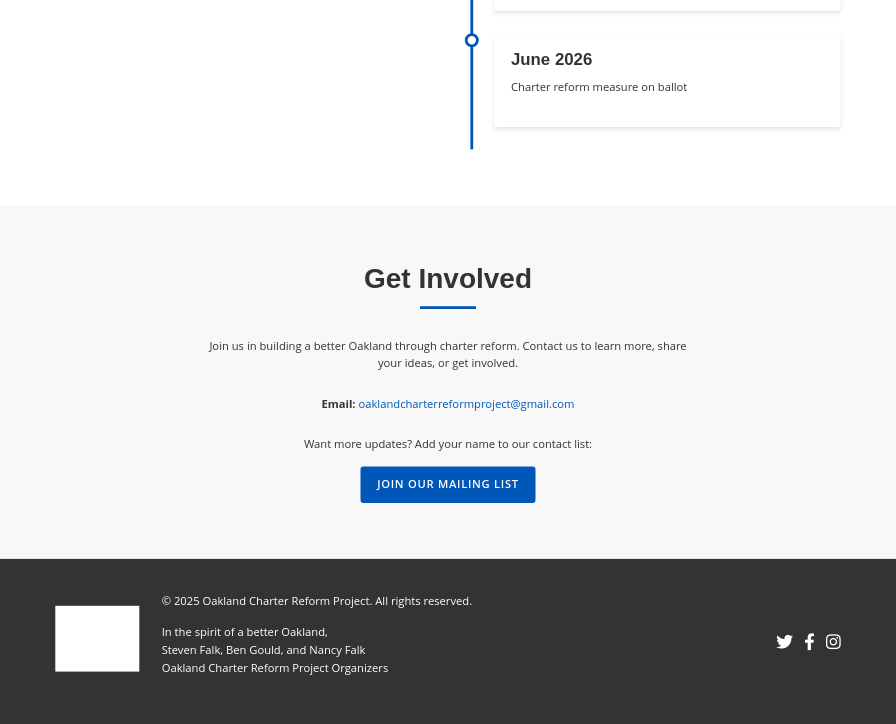
Repository: bgould132/oaklandcharterreform
Page: index.html
The author's editor kept a copy of each file at every save. The page is drawn from the files as they stood at one save, then again after the next save.
The browser window is 1280 px wide. The pictures show the part of the page from y = 2959 to 4879 px (the page is 3993 px tall before and 4879 px after), at 70% of full size.

Above is the page before, as saved 2025-04-07 09:56:39.

### index.html
<!DOCTYPE html>
<html lang="en">
<head>
    <meta charset="UTF-8">
    <meta name="viewport" content="width=device-width, initial-scale=1.0">
    <meta name="description" content="Oakland Charter Reform Project - Building a more effective government for Oakland">
    <title>Oakland Charter Reform Project</title>
    <link rel="stylesheet" href="css/styles.css">
    <!-- Font Awesome for icons -->
    <link rel="stylesheet" href="https://cdnjs.cloudflare.com/ajax/libs/font-awesome/6.4.2/css/all.min.css">
</head>
<body>
    <header>
        <div class="container">
            <nav aria-label="Main navigation">
                <div class="logo">
                    <a href="index.html" aria-label="Oakland Charter Reform Project Home">
                        <img src="images/logo/OCRP logo design.jpg" alt="Oakland Charter Reform Project Logo">
                    </a>
                </div>
                <button class="mobile-menu-button" aria-label="Toggle menu" aria-expanded="false" aria-controls="main-menu">
                    <span class="hamburger-icon"></span>
                </button>
                <ul id="main-menu" class="nav-menu">
                    <li><a href="#why-charter-reform">Why Charter Reform</a></li>
                    <li><a href="#principles">Principles</a></li>
                    <li><a href="#our-approach">Our Approach</a></li>
                    <li><a href="#contact">Contact</a></li>
                </ul>
            </nav>
        </div>
    </header>

    <main>
        <!-- Hero Section -->
        <section class="hero" aria-labelledby="hero-heading">
            <div class="hero-image">
                <picture>
                    <!-- Smaller image for mobile -->
                    <source srcset="images/Downtown/IMG_7632.jpg" media="(max-width: 768px)">
                    <!-- Larger image for desktop -->
                    <img src="images/Downtown/IMG_7632.jpg" alt="Downtown Oakland skyline view">
                </picture>
                <div class="hero-content">
                    <h1 id="hero-heading">Oakland Charter Reform Project</h1>
                    <p class="tagline">Building a more effective government for Oakland</p>
                    <a href="#why-charter-reform" class="cta-button">Learn More</a>
                </div>
            </div>
        </section>

        <!-- Why Charter Reform Section -->
        <section id="why-charter-reform" class="section" aria-labelledby="why-heading">
            <div class="container">
                <h2 id="why-heading">Why Charter Reform?</h2>
                <div class="section-content">
                    <div class="text-content">
                        <p class="highlight-quote">"Oakland's government is designed to fail."</p>
                        <p>Every stakeholder we've met with – many with decades of experience working for or in partnership with the Oakland city government – told us that Oakland's flawed city charter is either partly or largely responsible for the City's dysfunction.</p>

                        <p>The recent recall of Mayor Sheng Thao represents a peak moment of dissatisfaction with Oakland's government. No other mayor in Oakland's 173-year history has ever been recalled from office. An astonishing 79% of Oakland residents feel the City is on the wrong track.</p>

                        <p>Oakland's "hybrid structure makes it difficult to establish accountability for the effective functioning of government since it leaves open the question of which branch of government is in charge." In other words - the buck stops nowhere.</p>
                    </div>
                    <div class="stat-boxes">
                        <div class="stat-box">
                            <span class="stat-number">79%</span>
                            <p>of Oaklanders think the city is on the wrong track</p>
                        </div>
                        <div class="stat-box">
                            <span class="stat-number">100+</span>
                            <p>stakeholders consulted about charter reform</p>
                        </div>
                    </div>
                </div>
            </div>
        </section>

        <!-- Principles Section -->
        <section id="principles" class="section alt-bg" aria-labelledby="principles-heading">
            <div class="container">
                <h2 id="principles-heading">Our Principles</h2>
                <div class="principles-grid">
                    <div class="principle-card">
                        <div class="principle-icon">
                            <i class="fas fa-balance-scale"></i>
                        </div>
                        <h3>Accountability</h3>
                        <p>Clear lines of responsibility so the buck stops somewhere definite, enabling residents to hold their government accountable.</p>
                    </div>
                    <div class="principle-card">
                        <div class="principle-icon">
                            <i class="fas fa-chart-line"></i>
                        </div>
                        <h3>Effectiveness</h3>
                        <p>A government structure that enables efficient delivery of services and implementation of policies to improve quality of life.</p>
                    </div>
                    <div class="principle-card">
                        <div class="principle-icon">
                            <i class="fas fa-user-friends"></i>
                        </div>
                        <h3>Representation</h3>
                        <p>Ensuring all Oakland residents have their voices heard and interests represented in city government.</p>
                    </div>
                    <div class="principle-card">
                        <div class="principle-icon">
                            <i class="fas fa-search"></i>
                        </div>
                        <h3>Transparency</h3>
                        <p>Open and accessible government processes that allow residents to understand how decisions are made.</p>
                    </div>
                </div>
            </div>
        </section>

        <!-- Our Approach Section -->
        <section id="our-approach" class="section" aria-labelledby="approach-heading">
            <div class="container">
                <h2 id="approach-heading">Our Approach</h2>
                <div class="approach-content">
                    <div class="approach-text">
                        <p>The Oakland Charter Reform Project has conducted extensive research and community engagement to inform our approach to charter reform:</p>

                        <ul class="approach-list">
                            <li>Three focus groups with diverse Oakland stakeholders</li>
                            <li>One-on-one interviews with community members, workers, business leaders, elected officials, and more</li>
                            <li>Special information session with Oakland NAACP leaders</li>
                            <li>Analysis of charter structures in comparable cities</li>
                        </ul>

                        <p>We are exploring options for placing a charter reform measure before voters in June 2026. Why June? Because settling matters about the City's organization in advance of the November 2026 mayoral election will allow candidates to run for a clearly defined role in the new system.</p>
                    </div>
                    <div class="timeline">
                        <div class="timeline-item">
                            <div class="timeline-marker"></div>
                            <div class="timeline-content">
                                <h3>December 2024 - March 2025</h3>
                                <p>Initial research and stakeholder interviews</p>
                            </div>
                        </div>
                        <div class="timeline-item">
                            <div class="timeline-marker"></div>
                            <div class="timeline-content">
                                <h3>April - June 2025</h3>
                                <p>Draft charter amendments and community feedback</p>
                            </div>
                        </div>
                        <div class="timeline-item">
                            <div class="timeline-marker"></div>
                            <div class="timeline-content">
                                <h3>July - December 2025</h3>
                                <p>Gather signatures to place on ballot</p>
                            </div>
                        </div>
                        <div class="timeline-item">
                            <div class="timeline-marker"></div>
                            <div class="timeline-content">
                                <h3>January - May 2026</h3>
                                <p>Organize grassroots campaign</p>
                            </div>
                        </div>
                        <div class="timeline-item">
                            <div class="timeline-marker"></div>
                            <div class="timeline-content">
                                <h3>June 2026</h3>
                                <p>Charter reform measure on ballot</p>
                            </div>
                        </div>
                    </div>
                </div>
            </div>
        </section>

        <!-- Contact Section -->
        <section id="contact" class="section alt-bg" aria-labelledby="contact-heading">
            <div class="container">
                <h2 id="contact-heading">Get Involved</h2>
                <div class="contact-content">
                    <p>Join us in building a better Oakland through charter reform. Contact us to learn more, share your ideas, or get involved.</p>
                    <div class="contact-info">
                        <p><strong>Email:</strong> <a href="mailto:oaklandcharterreformproject@gmail.com">oaklandcharterreformproject@gmail.com</a></p>
                        <div class="signup-form">
                            <p>Want more updates? Add your name to our contact list:</p>
                            <a href="#" class="cta-button">Join Our Mailing List</a>
                        </div>
                    </div>
                </div>
            </div>
        </section>
    </main>

    <footer>
        <div class="container">
            <div class="footer-content">
                <div class="footer-logo">
                    <img src="images/logo/OCRP logo design.jpg" alt="Oakland Charter Reform Project Logo" width="120">
                </div>
                <div class="footer-text">
                    <p>&copy; 2025 Oakland Charter Reform Project. All rights reserved.</p>
                    <p>In the spirit of a better Oakland,<br>
                    Steven Falk, Ben Gould, and Nancy Falk<br>
                    Oakland Charter Reform Project Organizers</p>
                </div>
                <div class="footer-social">
                    <a href="#" aria-label="Follow us on Twitter"><i class="fab fa-twitter"></i></a>
                    <a href="#" aria-label="Follow us on Facebook"><i class="fab fa-facebook-f"></i></a>
                    <a href="#" aria-label="Follow us on Instagram"><i class="fab fa-instagram"></i></a>
                </div>
            </div>
        </div>
    </footer>

    <script src="js/main.js"></script>
</body>
</html>

### css/styles.css
/* Base Styles */
:root {
    --primary-color: #0057b8; /* Blue from the logo */
    --secondary-color: #333333;
    --accent-color: #f8f8f8;
    --text-color: #333333;
    --light-text: #ffffff;
    --heading-font: 'Montserrat', sans-serif;
    --body-font: 'Open Sans', sans-serif;
    --container-width: 1200px;
    --border-radius: 4px;
    --box-shadow: 0 4px 6px rgba(0, 0, 0, 0.1);
    --transition: all 0.3s ease;
}

/* Typography */
@import url('https://fonts.googleapis.com/css2?family=Montserrat:wght@500;700&family=Open+Sans:wght@400;600&display=swap');

* {
    margin: 0;
    padding: 0;
    box-sizing: border-box;
}

body {
    font-family: var(--body-font);
    line-height: 1.6;
    color: var(--text-color);
    font-size: 16px;
}

h1, h2, h3, h4, h5, h6 {
    font-family: var(--heading-font);
    font-weight: 700;
    line-height: 1.2;
    margin-bottom: 0.5em;
}

h1 {
    font-size: 3rem;
}

h2 {
    font-size: 2.5rem;
    margin-bottom: 1rem;
}

h3 {
    font-size: 1.5rem;
}

p {
    margin-bottom: 1.2rem;
}

a {
    color: var(--primary-color);
    text-decoration: none;
    transition: var(--transition);
}

a:hover {
    color: #004085;
}

ul {
    list-style-type: none;
}

/* Container */
.container {
    width: 90%;
    max-width: var(--container-width);
    margin: 0 auto;
    padding: 0 15px;
}

/* Header & Navigation */
header {
    background-color: #fff;
    box-shadow: 0 2px 4px rgba(0, 0, 0, 0.1);
    position: fixed;
    width: 100%;
    top: 0;
    left: 0;
    z-index: 1000;
}

header .container {
    display: flex;
    justify-content: space-between;
    align-items: center;
}

nav {
    display: flex;
    justify-content: space-between;
    align-items: center;
    width: 100%;
    padding: 1rem 0;
}

.logo img {
    height: 60px;
    width: auto;
}

.nav-menu {
    display: flex;
    gap: 1.5rem;
}

.nav-menu a {
    color: var(--secondary-color);
    font-weight: 600;
    font-size: 1rem;
    padding: 0.5rem;
}

.nav-menu a:hover {
    color: var(--primary-color);
    border-bottom: 2px solid var(--primary-color);
}

.mobile-menu-button {
    display: none;
    background: none;
    border: none;
    cursor: pointer;
    padding: 0.5rem;
}

.hamburger-icon,
.hamburger-icon::before,
.hamburger-icon::after {
    display: block;
    background-color: var(--secondary-color);
    height: 3px;
    width: 25px;
    border-radius: 3px;
    position: relative;
}

.hamburger-icon::before,
.hamburger-icon::after {
    content: '';
    position: absolute;
}

.hamburger-icon::before {
    top: -8px;
}

.hamburger-icon::after {
    top: 8px;
}

/* Hero Section */
.hero {
    height: 100vh;
    position: relative;
    margin-top: 80px; /* To account for fixed header */
}

.hero-image {
    height: 100%;
    width: 100%;
    position: relative;
}

.hero-image img {
    width: 100%;
    height: 100%;
    object-fit: cover;
    filter: brightness(70%);
}

.hero-content {
    position: absolute;
    top: 50%;
    left: 50%;
    transform: translate(-50%, -50%);
    text-align: center;
    color: var(--light-text);
    width: 80%;
    max-width: 800px;
}

.hero-content h1 {
    font-size: 3.5rem;
    margin-bottom: 0.5rem;
    text-shadow: 2px 2px 4px rgba(0, 0, 0, 0.5);
}

.tagline {
    font-size: 1.5rem;
    margin-bottom: 2rem;
    text-shadow: 1px 1px 2px rgba(0, 0, 0, 0.5);
}

.cta-button {
    display: inline-block;
    background-color: var(--primary-color);
    color: var(--light-text);
    padding: 0.8rem 1.5rem;
    border-radius: var(--border-radius);
    font-weight: 600;
    text-transform: uppercase;
    letter-spacing: 1px;
    transition: var(--transition);
}

.cta-button:hover {
    background-color: #004085;
    color: var(--light-text);
    transform: translateY(-2px);
    box-shadow: var(--box-shadow);
}

/* Section Styling */
.section {
    padding: 5rem 0;
}

.alt-bg {
    background-color: var(--accent-color);
}

.section h2 {
    text-align: center;
    margin-bottom: 2.5rem;
    position: relative;
}

.section h2::after {
    content: '';
    display: block;
    width: 80px;
    height: 4px;
    background-color: var(--primary-color);
    margin: 1rem auto 0;
}

.section-content {
    display: flex;
    flex-wrap: wrap;
    gap: 2rem;
    justify-content: space-between;
    align-items: flex-start;
}

.text-content {
    flex: 1 1 60%;
}

.stat-boxes {
    flex: 1 1 30%;
    display: flex;
    flex-direction: column;
    gap: 1.5rem;
}

.stat-box {
    background-color: var(--primary-color);
    color: var(--light-text);
    padding: 2rem;
    border-radius: var(--border-radius);
    text-align: center;
    box-shadow: var(--box-shadow);
}

.stat-number {
    font-size: 3rem;
    font-weight: 700;
    display: block;
    margin-bottom: 0.5rem;
}

.highlight-quote {
    font-size: 1.5rem;
    font-style: italic;
    color: var(--primary-color);
    border-left: 4px solid var(--primary-color);
    padding-left: 1rem;
    margin-bottom: 1.5rem;
}

/* Principles Section */
.principles-grid {
    display: grid;
    grid-template-columns: repeat(auto-fit, minmax(250px, 1fr));
    gap: 2rem;
    margin-top: 2rem;
}

.principle-card {
    background-color: white;
    padding: 2rem;
    border-radius: var(--border-radius);
    box-shadow: var(--box-shadow);
    text-align: center;
    transition: var(--transition);
}

.principle-card:hover {
    transform: translateY(-5px);
    box-shadow: 0 6px 12px rgba(0, 0, 0, 0.15);
}

.principle-icon {
    font-size: 2.5rem;
    color: var(--primary-color);
    margin-bottom: 1rem;
}

/* Our Approach Section */
.approach-content {
    display: flex;
    flex-wrap: wrap;
    gap: 3rem;
    justify-content: space-between;
}

.approach-text {
    flex: 1 1 45%;
}

.approach-list {
    list-style-type: disc;
    padding-left: 1.5rem;
    margin: 1rem 0 1.5rem;
}

.approach-list li {
    margin-bottom: 0.8rem;
}

.timeline {
    flex: 1 1 45%;
    position: relative;
    margin-left: 20px;
}

.timeline::before {
    content: '';
    position: absolute;
    left: 0;
    top: 0;
    bottom: 0;
    width: 4px;
    background-color: var(--primary-color);
    transform: translateX(-50%);
}

.timeline-item {
    position: relative;
    padding: 0 0 2rem 2rem;
}

.timeline-marker {
    position: absolute;
    left: 0;
    top: 0;
    width: 20px;
    height: 20px;
    border-radius: 50%;
    background-color: white;
    border: 4px solid var(--primary-color);
    transform: translateX(-50%);
    z-index: 1;
}

.timeline-content {
    background-color: white;
    padding: 1.5rem;
    border-radius: var(--border-radius);
    box-shadow: var(--box-shadow);
}

/* Contact Section */
.contact-content {
    max-width: 700px;
    margin: 0 auto;
    text-align: center;
}

.contact-info {
    margin-top: 2rem;
}

.signup-form {
    margin-top: 2rem;
}

/* Footer */
footer {
    background-color: var(--secondary-color);
    color: var(--light-text);
    padding: 3rem 0;
}

.footer-content {
    display: flex;
    flex-wrap: wrap;
    justify-content: space-between;
    align-items: center;
    gap: 2rem;
}

.footer-logo img {
    filter: brightness(0) invert(1);
}

.footer-text {
    flex: 1;
}

.footer-social {
    display: flex;
    gap: 1rem;
}

.footer-social a {
    color: var(--light-text);
    font-size: 1.5rem;
    transition: var(--transition);
}

.footer-social a:hover {
    color: var(--primary-color);
}

/* Media Queries for Responsive Design */
@media (max-width: 992px) {
    h1 {
        font-size: 2.5rem;
    }

    h2 {
        font-size: 2rem;
    }

    .hero-content h1 {
        font-size: 2.8rem;
    }

    .tagline {
        font-size: 1.3rem;
    }
}

@media (max-width: 768px) {
    .section-content,
    .approach-content {
        flex-direction: column;
    }

    .stat-boxes {
        width: 100%;
    }

    .hero-content h1 {
        font-size: 2.2rem;
    }

    .tagline {
        font-size: 1.1rem;
    }

    .mobile-menu-button {
        display: block;
    }

    .nav-menu {
        display: none;
        flex-direction: column;
        position: absolute;
        top: 100%;
        left: 0;
        width: 100%;
        background-color: white;
        box-shadow: 0 4px 6px rgba(0, 0, 0, 0.1);
        padding: 1rem 0;
    }

    .nav-menu.show {
        display: flex;
    }

    .nav-menu li {
        width: 100%;
        text-align: center;
    }

    .nav-menu a {
        display: block;
        padding: 0.8rem 0;
    }
}

@media (max-width: 576px) {
    .hero-content h1 {
        font-size: 1.8rem;
    }

    .tagline {
        font-size: 1rem;
    }

    .cta-button {
        padding: 0.6rem 1.2rem;
        font-size: 0.9rem;
    }

    .footer-content {
        flex-direction: column;
        text-align: center;
        gap: 1.5rem;
    }
}

/* Accessibility Enhancements */
:focus {
    outline: 3px solid var(--primary-color);
    outline-offset: 3px;
}

.skip-link {
    position: absolute;
    top: -100px;
    left: 0;
    background: var(--primary-color);
    color: white;
    padding: 10px;
    z-index: 1001;
}

.skip-link:focus {
    top: 0;
}

/* Print Styles */
@media print {
    body {
        font-size: 12pt;
    }

    header, footer, .cta-button, .hero-image {
        display: none;
    }

    .container {
        width: 100%;
        max-width: 100%;
    }

    .section {
        page-break-inside: avoid;
        padding: 1rem 0;
    }
}

Loaded but not shown: js/main.js (101 lines, source omitted)

After the next save:
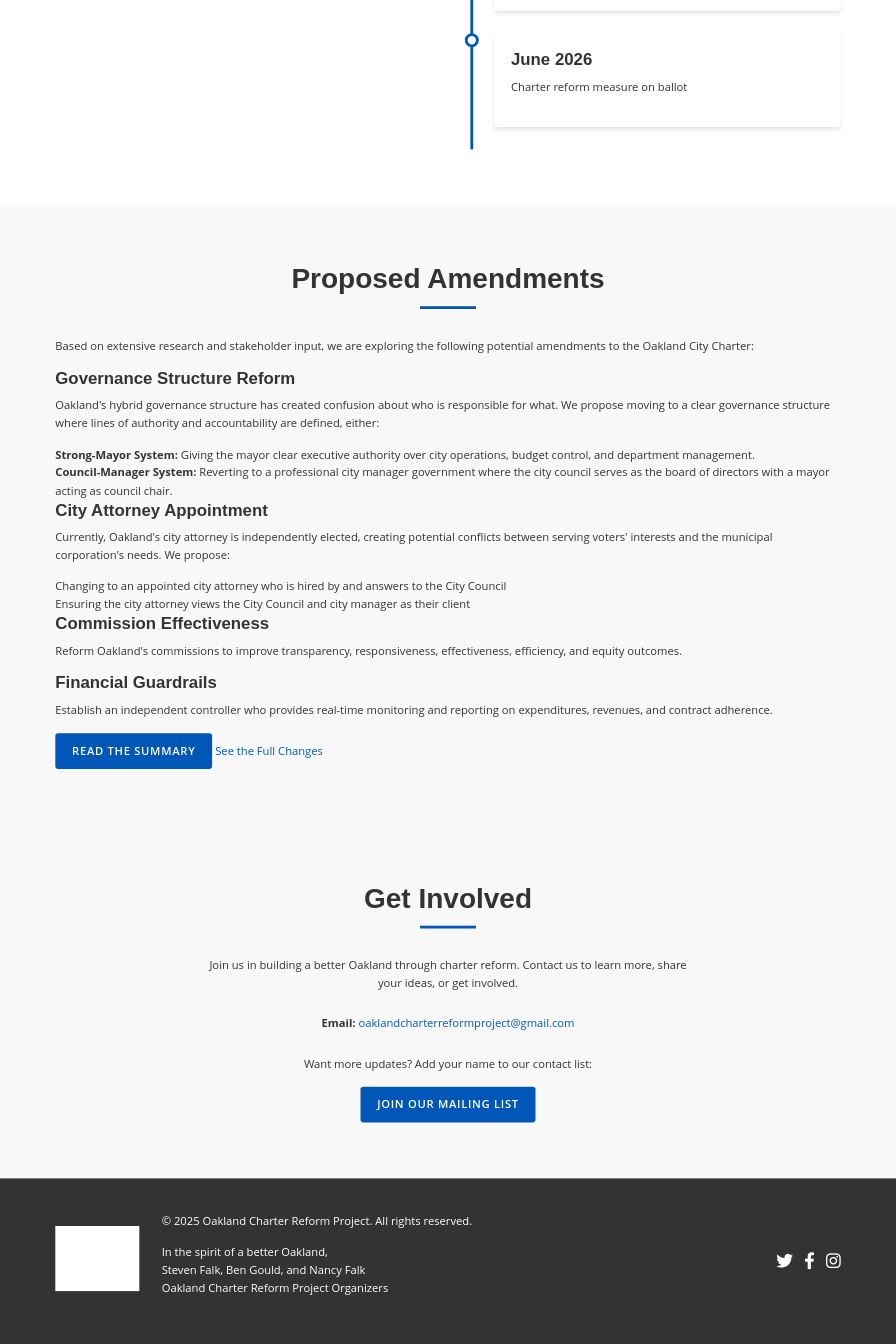
Saved 18 s later.
--- a/index.html
+++ b/index.html
@@ -171,6 +171,51 @@
             </div>
         </section>
 
+        <!-- Proposed Amendments Section -->
+        <section id="proposed-amendments" class="section alt-bg" aria-labelledby="amendments-heading">
+            <div class="container">
+                <h2 id="amendments-heading">Proposed Amendments</h2>
+                <div class="section-content">
+                    <div class="text-content">
+                        <p>Based on extensive research and stakeholder input, we are exploring the following potential amendments to the Oakland City Charter:</p>
+
+                        <div class="amendment-card">
+                            <h3>Governance Structure Reform</h3>
+                            <p>Oakland's hybrid governance structure has created confusion about who is responsible for what. We propose moving to a clear governance structure where lines of authority and accountability are defined, either:</p>
+                            <ul class="amendment-list">
+                                <li><strong>Strong-Mayor System:</strong> Giving the mayor clear executive authority over city operations, budget control, and department management.</li>
+                                <li><strong>Council-Manager System:</strong> Reverting to a professional city manager government where the city council serves as the board of directors with a mayor acting as council chair.</li>
+                            </ul>
+                        </div>
+
+                        <div class="amendment-card">
+                            <h3>City Attorney Appointment</h3>
+                            <p>Currently, Oakland's city attorney is independently elected, creating potential conflicts between serving voters' interests and the municipal corporation's needs. We propose:</p>
+                            <ul class="amendment-list">
+                                <li>Changing to an appointed city attorney who is hired by and answers to the City Council</li>
+                                <li>Ensuring the city attorney views the City Council and city manager as their client</li>
+                            </ul>
+                        </div>
+
+                        <div class="amendment-card">
+                            <h3>Commission Effectiveness</h3>
+                            <p>Reform Oakland's commissions to improve transparency, responsiveness, effectiveness, efficiency, and equity outcomes.</p>
+                        </div>
+
+                        <div class="amendment-card">
+                            <h3>Financial Guardrails</h3>
+                            <p>Establish an independent controller who provides real-time monitoring and reporting on expenditures, revenues, and contract adherence.</p>
+                        </div>
+
+                        <div class="buttons-container">
+                            <a href="#" class="cta-button">Read the Summary</a>
+                            <a href="#" class="outline-button">See the Full Changes</a>
+                        </div>
+                    </div>
+                </div>
+            </div>
+        </section>
+
         <!-- Contact Section -->
         <section id="contact" class="section alt-bg" aria-labelledby="contact-heading">
             <div class="container">
